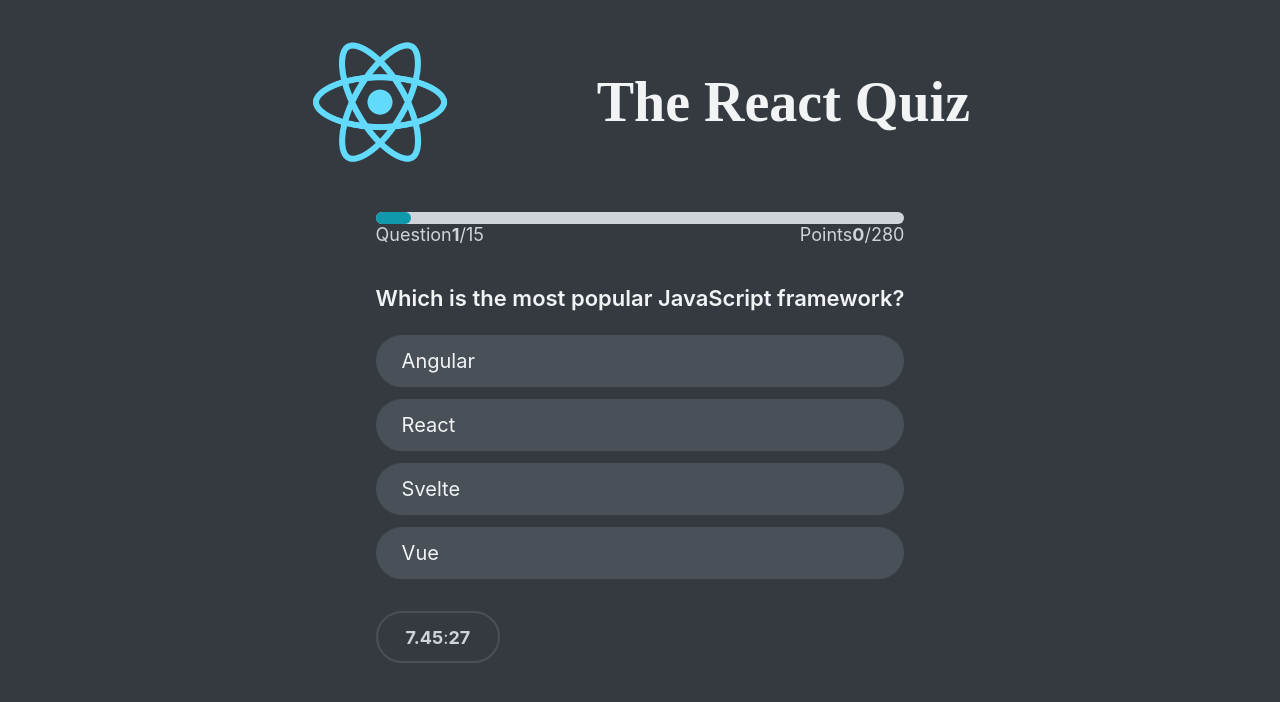
Repository: Zedestar/react-quiz-app
Page: /, after clicking the first element matching `button.btn`
An editor plug-in stored every save of this project. The page is shown before and after the next save, followed by the edit.
The browser window is 1280 px wide. The pictures show the whole page.
The project was rebuilt for these pictures with package versions that can differ from the ones it lists, and the page was loaded fresh each time. Requests to the local data server were answered from the project's data file. Also part of the build but not shown: src/Error.js, src/next-question.js, src/finish-screen.js.

Above is the page before, as saved 2025-07-18 10:04:52.

After the next save:
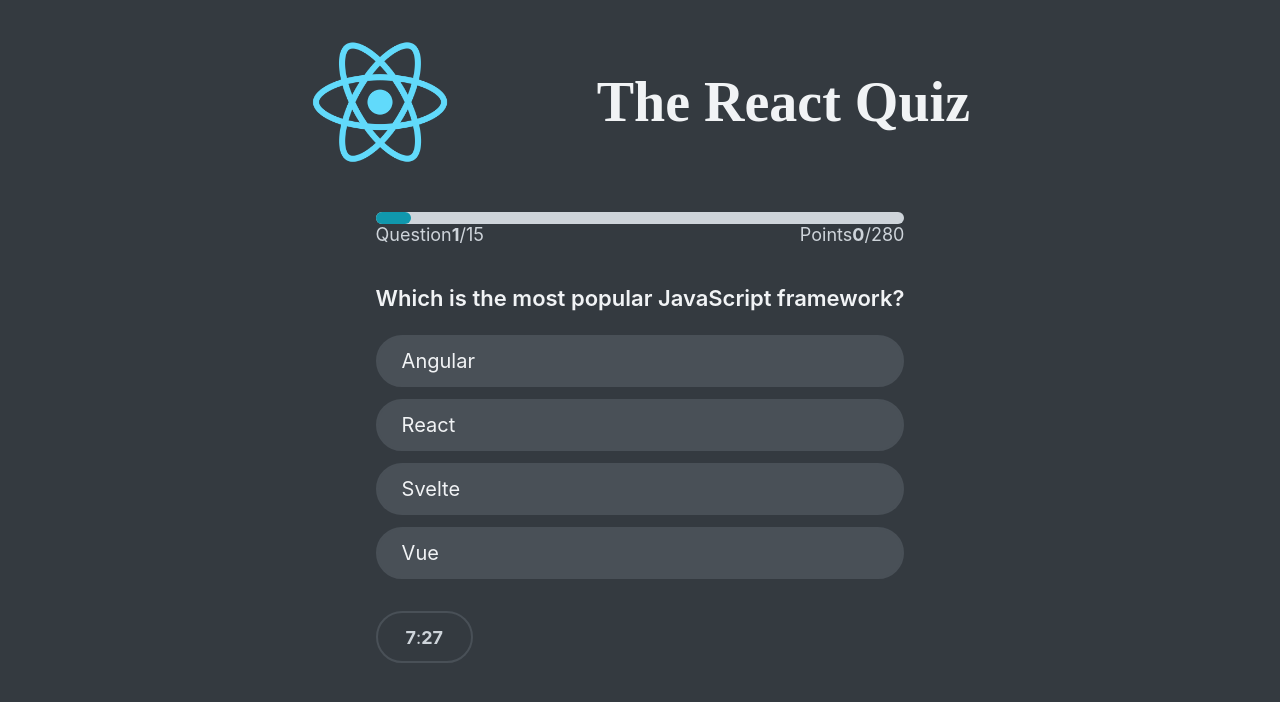
Saved 28 s later.
--- a/src/timer.js
+++ b/src/timer.js
@@ -8,8 +8,8 @@
     return () => clearInterval(id);
   }, [dispach]);
 
-  const mins = timeRemaining / 60;
-  const secs = timeRemaining % 60;
+  const mins = Math.floor(timeRemaining / 60);
+  const secs = Math.floor(timeRemaining % 60);
 
   return (
     <div className="timer">
